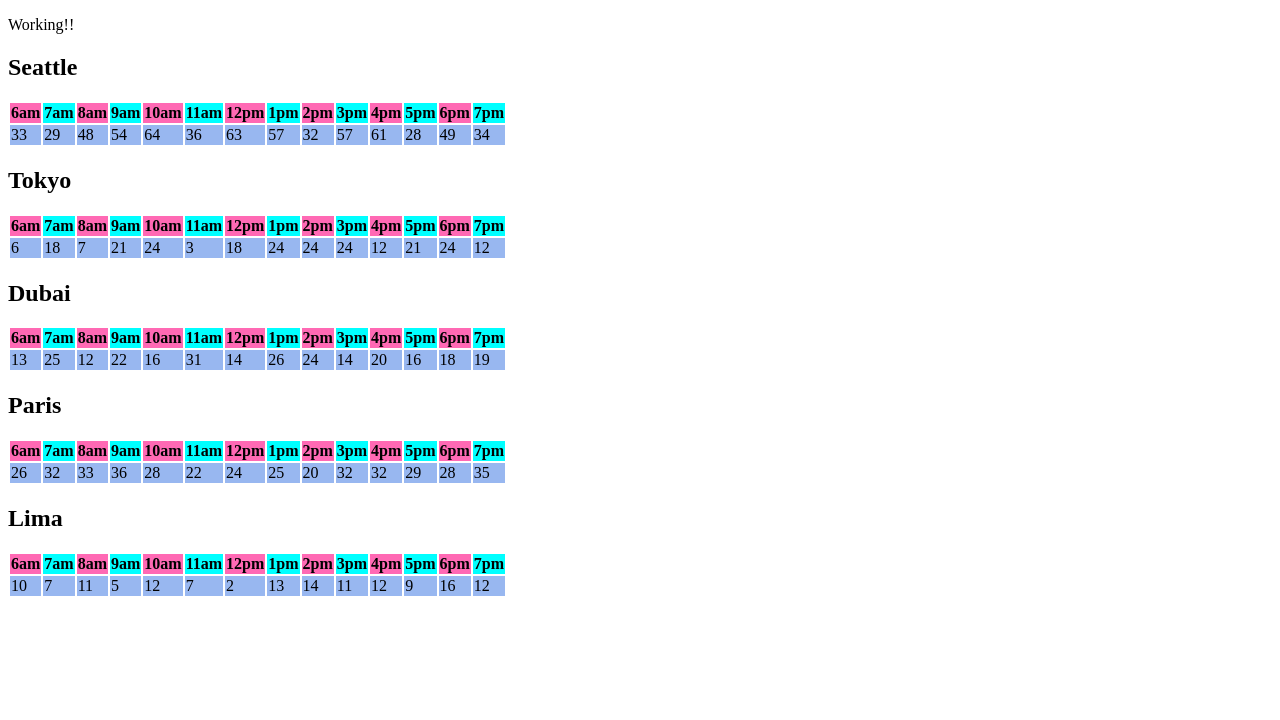
Repository: aaron1986/cookie_stand
Page: sales.html
The author's editor kept a copy of each file at every save. The page is drawn from the files as they stood at one save, then again after the next save.
The browser window is 1280 px wide. The pictures show the whole page.

Above is the page before, as saved 2023-09-26 14:34:36.

After the next save:
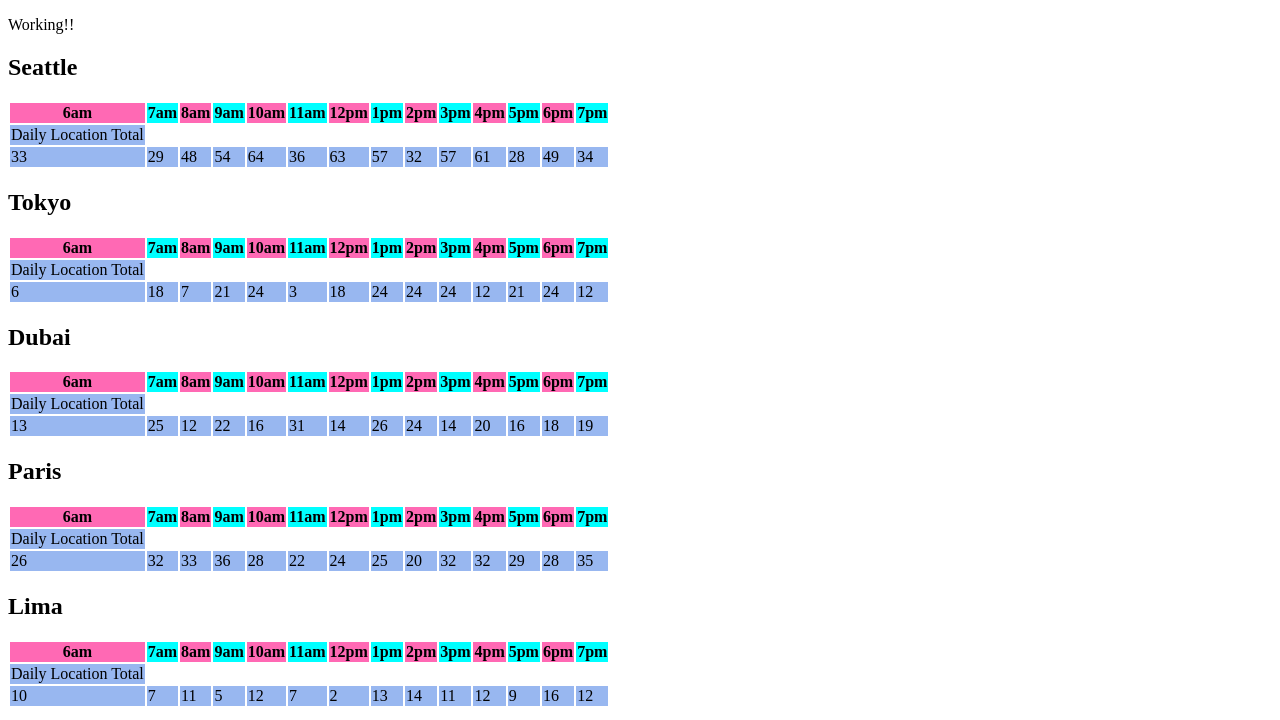
Saved 6 min 16 s later.
--- a/app.js
+++ b/app.js
@@ -79,9 +79,25 @@ function createShopLocation(locationData) {
     }
 
 
+// Calculate and add "Daily Location Total" row
+const totalRow = document.createElement("tr");
+const totalCell = document.createElement("td");
+totalCell.textContent = "Daily Location Total";
+totalRow.appendChild(totalCell);
 
+// Calculate the daily total for each hour
+for (let i = 0; i < locationData.customersPerHour[0].length; i++) {
+    let dailyTotal = 0;
+    for (let j = 0; j < locationData.customersPerHour.length; j++) {
+        dailyTotal += locationData.customersPerHour[j][i];
+    }
+    const td = document.createElement("td");
+    td.textContent = `${dailyTotal} cookies`;
+    totalRow.appendChild(td);
+}
 
-
+// Append the total row to the table body
+tbody.appendChild(totalRow);
 
     tbody.appendChild(dataRow);
     table.appendChild(tbody);
